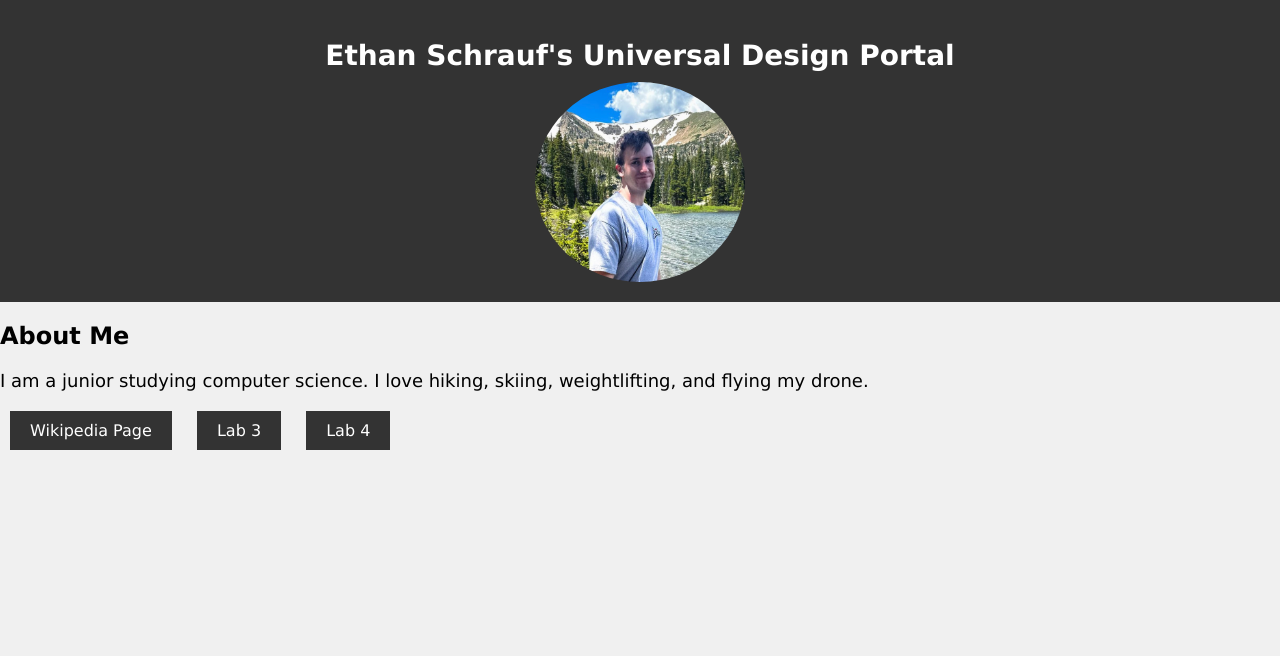
Repository: ethan-schrauf/UniversalDesignWebsite
Page: index.html
An editor plug-in stored every save of this project. The page is shown before and after the next save, followed by the edit.
The browser window is 1280 px wide. The pictures show the whole page.

Above is the page before, as saved 2023-10-30 17:42:07.

### index.html
<!DOCTYPE html>
<html lang="en">
<head>
    <meta charset="UTF-8">
    <meta name="viewport" content="width=device-width, initial-scale=1.0">
    <title>Universal Design Portal</title>
    <link href="index.css" rel="stylesheet">
</head>
<body>
    <header>
        <h1>Ethan Schrauf's Universal Design Portal</h1>
        <img src="images/IMG_258630A4E789-1.jpeg" alt="Picture of Ethan Schrauf on a hike.">
    </header>

    <section>
        <h2>About Me</h2>
        <p>I am a junior studying computer science. I love hiking, skiing, weightlifting, and flying my drone.</p>
    </section>

        <form style = "display: inline;" action="https://ethan-schrauf.github.io/UniversalDesignWebsite/wikipedia.html" method="get">
            <button>Wikipedia Page</button>
        </form>

        <form style = "display: inline;" action="https://ethan-schrauf.github.io/UniversalDesignWebsite/lab3.html" method="get">
            <button>Lab 3</button>
        </form>

        <form style = "display: inline;" action="https://ethan-schrauf.github.io/UniversalDesignWebsite/lab4.html" method="get">
            <button>Lab 4</button>
        </form>
</body>
</html>

### index.css
.sr-only {
    border: 0;
    clip: rect(0, 0, 0, 0);
    height: 1px;
    margin: -1px;
    overflow: hidden;
    padding: 0;
    position: absolute;
    white-space: nowrap;
    width: 1px;

  }

body {
    font-family: Verdana, sans-serif;
    margin: 0;
    padding: 0;
    background-color: #f0f0f0;
}

header {
    text-align: center;
    background-color: #333;
    color: #fff;
    padding: 20px 0;
}

h1 {
    font-size: 28px;
    margin-bottom: 10px;
}

img {
    border-radius: 50%;
    width: 210px;
    height: 200px;
    display: block;
    margin: 0 auto;
}

h2 {
    font-size: 24px;
    margin-top: 20px;
}

p {
    font-size: 18px;
    margin: 10px 0;
}

button {
    font-family: Verdana, sans-serif;
    font-size: 16px;
    background-color: #333;
    color: #fff;
    border: none;
    padding: 10px 20px;
    margin: 10px;
    cursor: pointer;
}

After the next save:
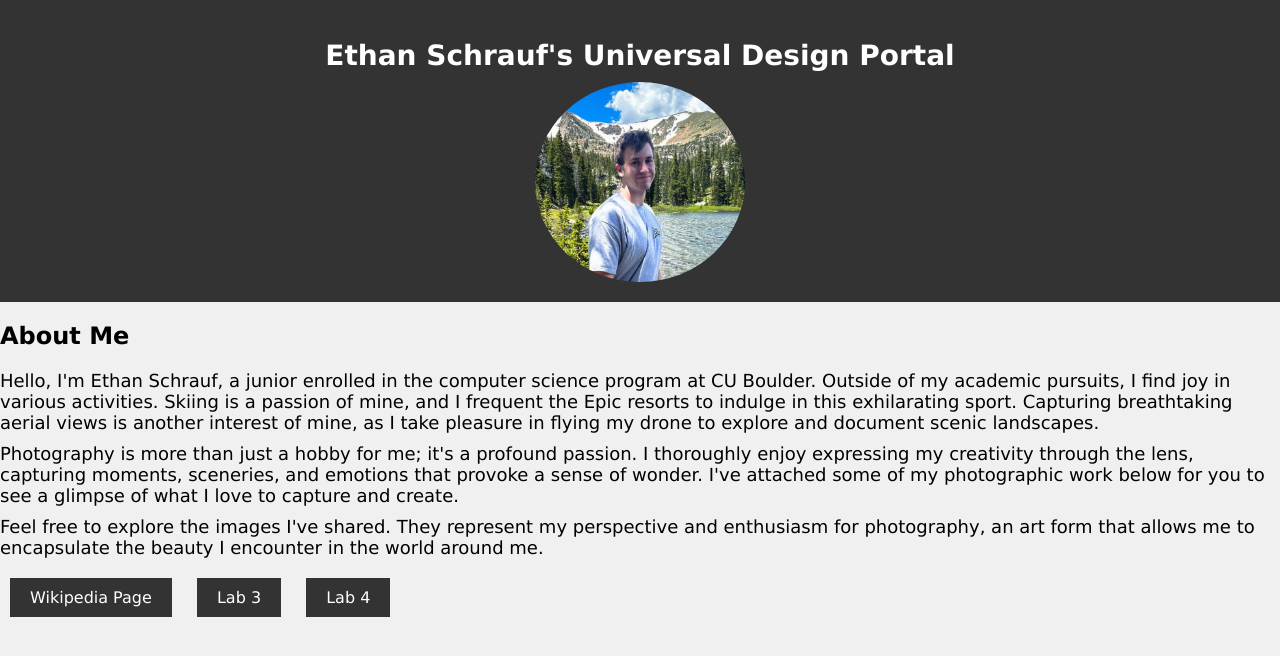
Saved 4 h 35 min later.
--- a/index.html
+++ b/index.html
@@ -11,12 +11,14 @@
         <h1>Ethan Schrauf's Universal Design Portal</h1>
         <img src="images/IMG_258630A4E789-1.jpeg" alt="Picture of Ethan Schrauf on a hike.">
     </header>
+    <main>
 
     <section>
         <h2>About Me</h2>
-        <p>I am a junior studying computer science. I love hiking, skiing, weightlifting, and flying my drone.</p>
+        <p>Hello, I'm Ethan Schrauf, a junior enrolled in the computer science program at CU Boulder. Outside of my academic pursuits, I find joy in various activities. Skiing is a passion of mine, and I frequent the Epic resorts to indulge in this exhilarating sport. Capturing breathtaking aerial views is another interest of mine, as I take pleasure in flying my drone to explore and document scenic landscapes. </p>
+        <p>Photography is more than just a hobby for me; it's a profound passion. I thoroughly enjoy expressing my creativity through the lens, capturing moments, sceneries, and emotions that provoke a sense of wonder. I've attached some of my photographic work below for you to see a glimpse of what I love to capture and create.</p>
+        <p>Feel free to explore the images I've shared. They represent my perspective and enthusiasm for photography, an art form that allows me to encapsulate the beauty I encounter in the world around me.</p>
     </section>
-
         <form style = "display: inline;" action="https://ethan-schrauf.github.io/UniversalDesignWebsite/wikipedia.html" method="get">
             <button>Wikipedia Page</button>
         </form>
@@ -28,5 +30,6 @@
         <form style = "display: inline;" action="https://ethan-schrauf.github.io/UniversalDesignWebsite/lab4.html" method="get">
             <button>Lab 4</button>
         </form>
+    </main>
 </body>
 </html>
